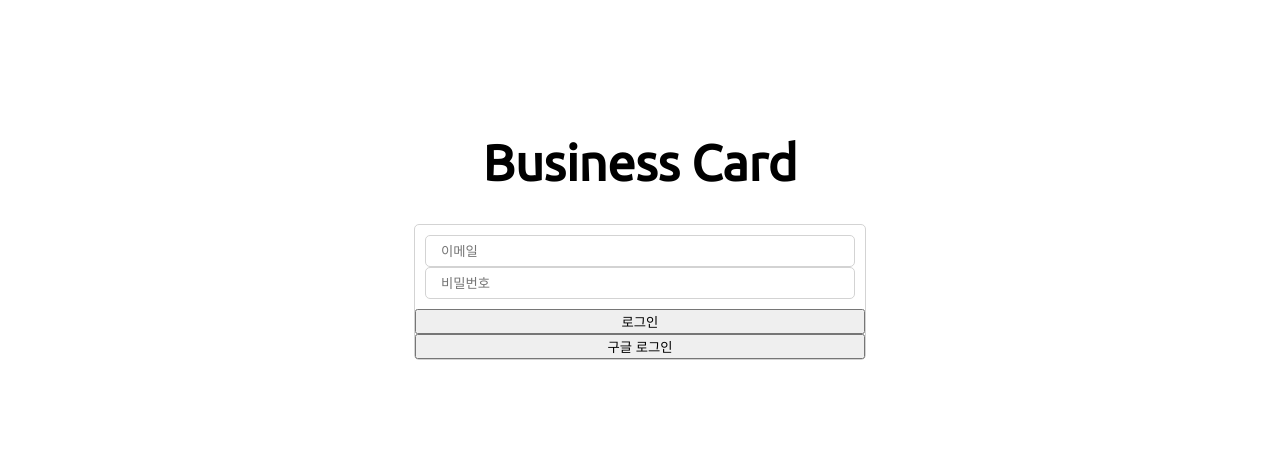
Repository: momo0170/react_businesscard
Page: /login
An editor plug-in stored every save of this project. The page is shown before and after the next save, followed by the edit.
The browser window is 1280 px wide. The pictures show the whole page.
The page's requests for data from a server got no answer. The project was rebuilt for these pictures with package versions that can differ from the ones it lists, and the page was loaded fresh each time. No one was signed in, and anything a server would have sent is missing.

Above is the page before, as saved 2022-08-10 21:01:05.

After the next save:
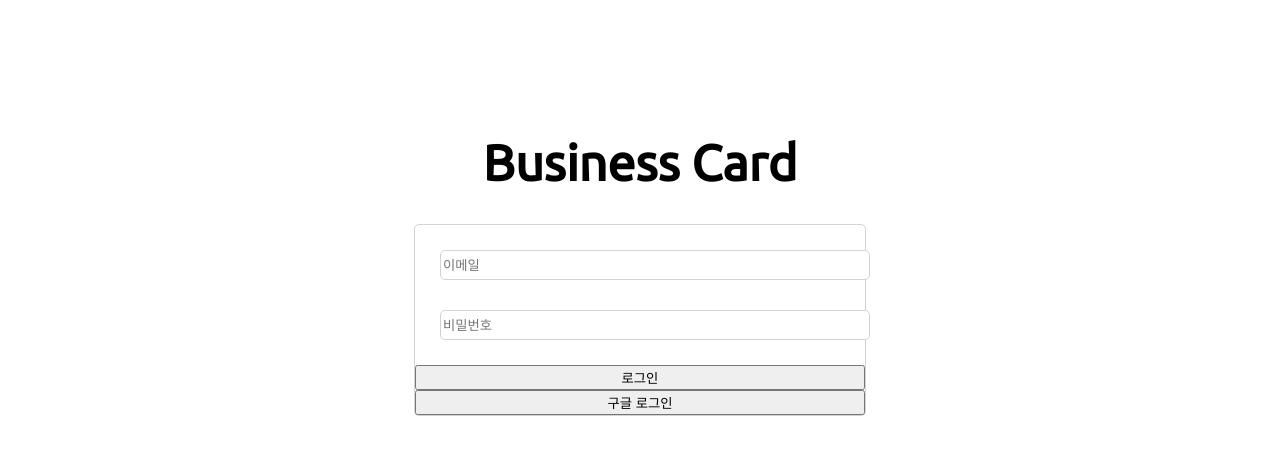
Saved 15 s later.
--- a/src/css/login.module.css
+++ b/src/css/login.module.css
@@ -27,7 +27,7 @@
 .inputPassword {
   width: 100%;
   height: 30px;
-  padding: 15px;
+  margin: 15px;
   outline: 0;
   box-sizing: border-box;
   border: 1px solid lightGrey;
